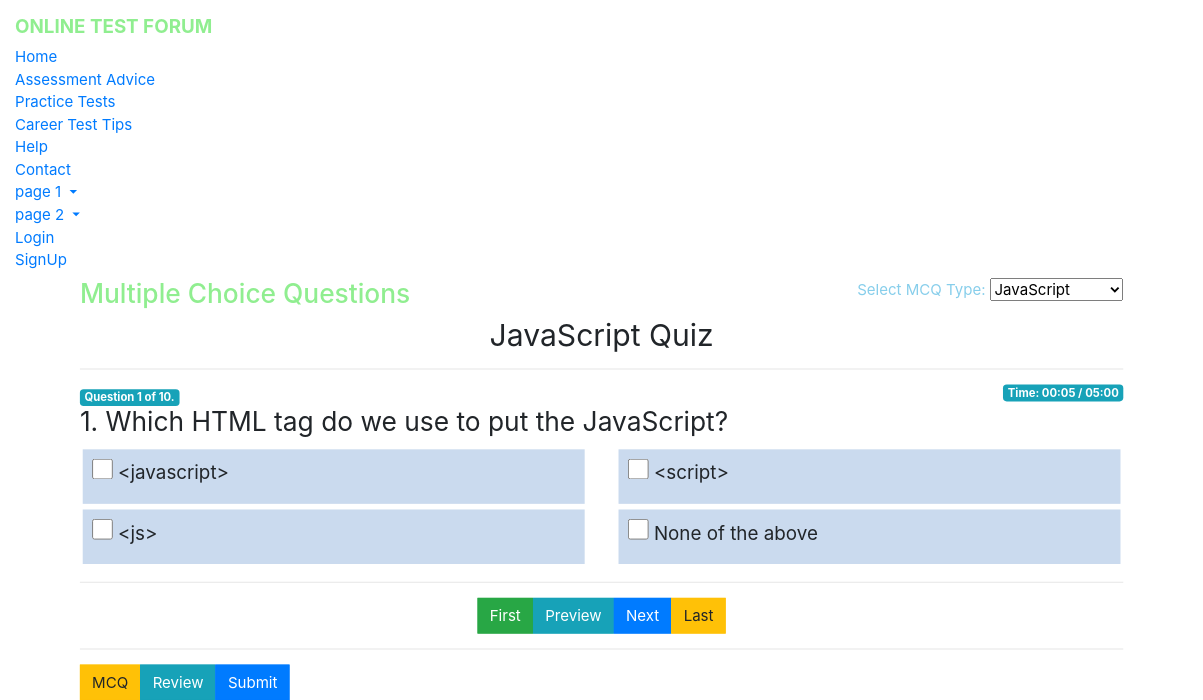
Repository: 2016272041/Online-Ass-Test1-
Page: /
These files come from the project's save history. The page is drawn as it stood at one moment and after the next save; the edit follows.
The browser window is 1280 px wide. The pictures show the whole page, at 94% of full size.
The project was rebuilt for these pictures with package versions that can differ from the ones it lists, and the page was loaded fresh each time. Also part of the build but not shown: angular.json.

Above is the page before, as saved 2019-07-23 16:23:41.

### src/index.html
<!doctype html>
<html lang="en">
<head>
  <meta charset="utf-8">
  <title>Multiple Choice Questions</title>
  <base href="/">

  <meta name="viewport" content="width=device-width, initial-scale=1">
  <link rel="icon" type="image/x-icon" href="favicon.ico">
</head>
<body>
  <app-root></app-root>
</body>
</html>

### src/app/quiz/quiz.component.ts
import { Component, OnInit } from '@angular/core';

import { QuizService } from '../services/quiz.service';
import { HelperService } from '../services/helper.service';
import { Option, Question, Quiz, QuizConfig } from '../models/index';

@Component({
  selector: 'app-quiz',
  templateUrl: './quiz.component.html',
  styleUrls: ['./quiz.component.css'],
  providers: [QuizService]
})
export class QuizComponent implements OnInit {
  quizes: any[];
  quiz: Quiz = new Quiz(null);
  mode = 'quiz';
  quizName: string;
  config: QuizConfig = {
    'allowBack': true,
    'allowReview': true,
    'autoMove': false,  // if true, it will move to next question automatically when answered.
    'duration': 300,  // indicates the time (in secs) in which quiz needs to be completed. 0 means unlimited.
    'pageSize': 1,
    'requiredAll': false,  // indicates if you must answer all the questions before submitting.
    'richText': false,
    'shuffleQuestions': false,
    'shuffleOptions': false,
    'showClock': false,
    'showPager': true,
    'theme': 'none'
  };

  pager = {
    index: 0,
    size: 1,
    count: 1
  };
  timer: any = null;
  startTime: Date;
  endTime: Date;
  ellapsedTime = '00:00';
  duration = '';

  constructor(private quizService: QuizService) { }

  ngOnInit() {
    this.quizes = this.quizService.getAll();
    this.quizName = this.quizes[0].id;
    this.loadQuiz(this.quizName);
  }

  loadQuiz(quizName: string) {
    this.quizService.get(quizName).subscribe(res => {
      this.quiz = new Quiz(res);
      this.pager.count = this.quiz.questions.length;
      this.startTime = new Date();
      this.ellapsedTime = '00:00';
      this.timer = setInterval(() => { this.tick(); }, 1000);
      this.duration = this.parseTime(this.config.duration);
    });
    this.mode = 'quiz';
  }

  tick() {
    const now = new Date();
    const diff = (now.getTime() - this.startTime.getTime()) / 1000;
    if (diff >= this.config.duration) {
      this.onSubmit();
    }
    this.ellapsedTime = this.parseTime(diff);
  }

  parseTime(totalSeconds: number) {
    let mins: string | number = Math.floor(totalSeconds / 60);
    let secs: string | number = Math.round(totalSeconds % 60);
    mins = (mins < 10 ? '0' : '') + mins;
    secs = (secs < 10 ? '0' : '') + secs;
    return `${mins}:${secs}`;
  }

  get filteredQuestions() {
    return (this.quiz.questions) ?
      this.quiz.questions.slice(this.pager.index, this.pager.index + this.pager.size) : [];
  }

  onSelect(question: Question, option: Option) {
    if (question.questionTypeId === 1) {
      question.options.forEach((x) => { if (x.id !== option.id) x.selected = false; });
    }

    if (this.config.autoMove) {
      this.goTo(this.pager.index + 1);
    }
  }

  goTo(index: number) {
    if (index >= 0 && index < this.pager.count) {
      this.pager.index = index;
      this.mode = 'quiz';
    }
  }

  isAnswered(question: Question) {
    return question.options.find(x => x.selected) ? 'Answered' : 'Not Answered';
  };

  isCorrect(question: Question) {
    return question.options.every(x => x.selected === x.isAnswer) ? 'correct' : 'wrong';
  };

  onSubmit() {
    let answers = [];
    this.quiz.questions.forEach(x => answers.push({ 'quizId': this.quiz.id, 'questionId': x.id, 'answered': x.answered }));

    // Post your data to the server here. answers contains the questionId and the users' answer.
    console.log(this.quiz.questions);
    this.mode = 'result';
  }
}

### src/app/app.component.html




<nav class="navbar navbar-inverse">
  <div class="contanier-fluid">
    <div class="navbar-header">
      <a class="navbar-brand" href="#"><b><font color = 'lightgreen'>ONLINE TEST FORUM</font></b></a>
    </div>
    <ul class="nav navbar-nav">
      <li class="active"><a href="#"> Home </a></li>
      <li Class="active"><a href="#"> Assessment Advice </a></li>
      <li Class="active"><a href="#"> Practice Tests </a></li>
      <li Class="active"><a href="https://www.recruiter.com/career-test.html"> Career Test Tips </a></li>
      <li Class="active"><a href="#"> Help </a></li>
      <li class="active"><a href="#"> Contact </a></li>
      <li class="dropdown"><a class="dropdown-toggle" data-toggle="dropdown" href="#"> page 1 <span class="caret"></span></a>
        <ul class="dropdown-menu">
          <li><a href="#"> Page 1-1 </a></li>
          <li><a href="#"> Page 1-2 </a></li>
          <li><a href="#"> page 1-3 </a></li>
        </ul>
      </li>
      <li class="dropdown"><a class="dropdown-toggle" dtat-toggle="dropdown" href="#"> page 2 <span class="caret"></span></a></li>
        <ul class="nav navbar-nav navbar-right">
          <li><a href="http://127.0.0.1:8080/login"><span class="glyphicon glyphicon-user"></span> Login </a></li>
          <li><a href="http://127.0.0.1:8080/signup"><span class="glyphicon glyphicon-user"></span> SignUp </a></li>
        </ul>
    </ul>
  </div>
</nav>





<div class="container">
  <app-quiz></app-quiz>
</div>

### src/app/quiz/quiz.component.html
<div class="row">
  <div class="col-6">
    <h3><font color="lightgreen">Multiple Choice Questions</font></h3>
  </div>
  <div class="col-6 text-right">
    <font color ="skyblue">Select MCQ Type: </font>
    <select [(ngModel)]="quizName" (change)="loadQuiz(quizName)">
      <option *ngFor="let quiz of quizes" [value]="quiz.id">{{quiz.name}}</option>
    </select>
  </div>
</div>
<div id="quiz">
  <h2 class="text-center font-weight-normal">{{quiz.name}}</h2>
  <hr />

  <div *ngIf="mode=='quiz' && quiz">
    <div *ngFor="let question of filteredQuestions;">
      <div class="badge badge-info">Question {{pager.index + 1}} of {{pager.count}}.</div>
      <div *ngIf="config.duration" class="badge badge-info float-right">Time: {{ellapsedTime}} / {{duration}}</div>
      <h3 class="font-weight-normal">{{pager.index + 1}}.
        <span [innerHTML]="question.name"></span>
      </h3>
      <div class="row text-left options">
        <div class="col-6" *ngFor="let option of question.options">
          <div class="option">
            <label class="font-weight-normal" [attr.for]="option.id">
              <input id="{{option.id}}" type="checkbox" [(ngModel)]="option.selected" (change)="onSelect(question, option);" /> {{option.name}}
            </label>
          </div>
        </div>
      </div>
    </div>
    <hr />
    <div class="text-center">
      <button class="btn btn-success" *ngIf="config.allowBack" (click)="goTo(0);">First</button>
      <button class="btn btn-info" *ngIf="config.allowBack" (click)="goTo(pager.index - 1);">Preview</button>
      <button class="btn btn-primary" (click)="goTo(pager.index + 1);">Next</button>
      <button class="btn btn-warning" *ngIf="config.allowBack" (click)="goTo(pager.count - 1);">Last</button>
      <!--<pagination *ngIf="config.showPager" direction-links="false" total-items="totalItems" items-per-page="itemsPerPage" ng-model="currentPage" ng-change="pageChanged()"></pagination>-->
    </div>
  </div>

  <div class="row text-center" *ngIf="mode=='review'">
    <div class="col-4 cursor-pointer" *ngFor="let question of quiz.questions; let index = index;">
      <div (click)="goTo(index)" class="p-3 mb-2 {{ isAnswered(question) == 'Answered'? 'bg-info': 'bg-warning' }}">{{index + 1}}. {{ isAnswered(question) }}</div>
    </div>
  </div>
  <div class="result" *ngIf="mode=='result'">
    <h2>Quiz Result</h2>
    <div *ngFor="let question of quiz.questions; let index = index">
      <div class="result-question">
        <h5>{{index + 1}}. {{question.name}}</h5>
        <div class="row">
          <div class="col-6" *ngFor="let Option of question.options">
            <input id="{{Option.id}}" type="checkbox" disabled="disabled" [(ngModel)]="Option.selected" /> {{Option.name}}
          </div>
        </div>
        <div class="p-1 m-2 alert {{ isCorrect(question) == 'correct'? 'alert-success': 'alert-danger'}}">Your answer is {{isCorrect(question)}}.</div>
      </div>
    </div>
    <h4 class="alert alert-info text-center">You may close this window now.</h4>
  </div>
  <hr />
  <div *ngIf="mode!='result'">
    <button class="btn btn-warning" (click)="mode = 'quiz'">MCQ</button>
    <button class="btn btn-info" (click)="mode = 'review'">Review</button>
    <button class="btn btn-primary" (click)="onSubmit();">Submit</button>
  </div>
</div>

### src/app/services/quiz.service.ts
import { HttpClient } from '@angular/common/http';
import { Injectable } from '@angular/core';

@Injectable()
export class QuizService {

  constructor(private http: HttpClient) { }

  get(url: string) {
    return this.http.get(url);
  }

  getAll() {
    return [
      { id: 'data/javascript.json', name: 'JavaScript' },
      { id: 'data/aspnet.json', name: 'Asp.Net' },
      { id: 'data/csharp.json', name: 'C Sharp' },
      { id: 'data/designPatterns.json', name: 'Design Patterns' }
    ];
  }

}

Loaded but not shown: src/styles.css (common file); src/main.ts (common file); src/app/app.module.ts (common file); src/environments/environment.ts (common file); src/app/app.component.ts (common file); src/app/models/index.ts (common file); src/app/models/option.ts (common file); src/app/models/question.ts (common file); src/app/models/quiz.ts (common file); src/app/models/quiz-config.ts (common file); src/data/javascript.json (common file); src/app/app.component.css (no stored copy; drawn as an empty file); src/app/quiz/quiz.component.css (no stored copy; drawn as an empty file)

After the next save:
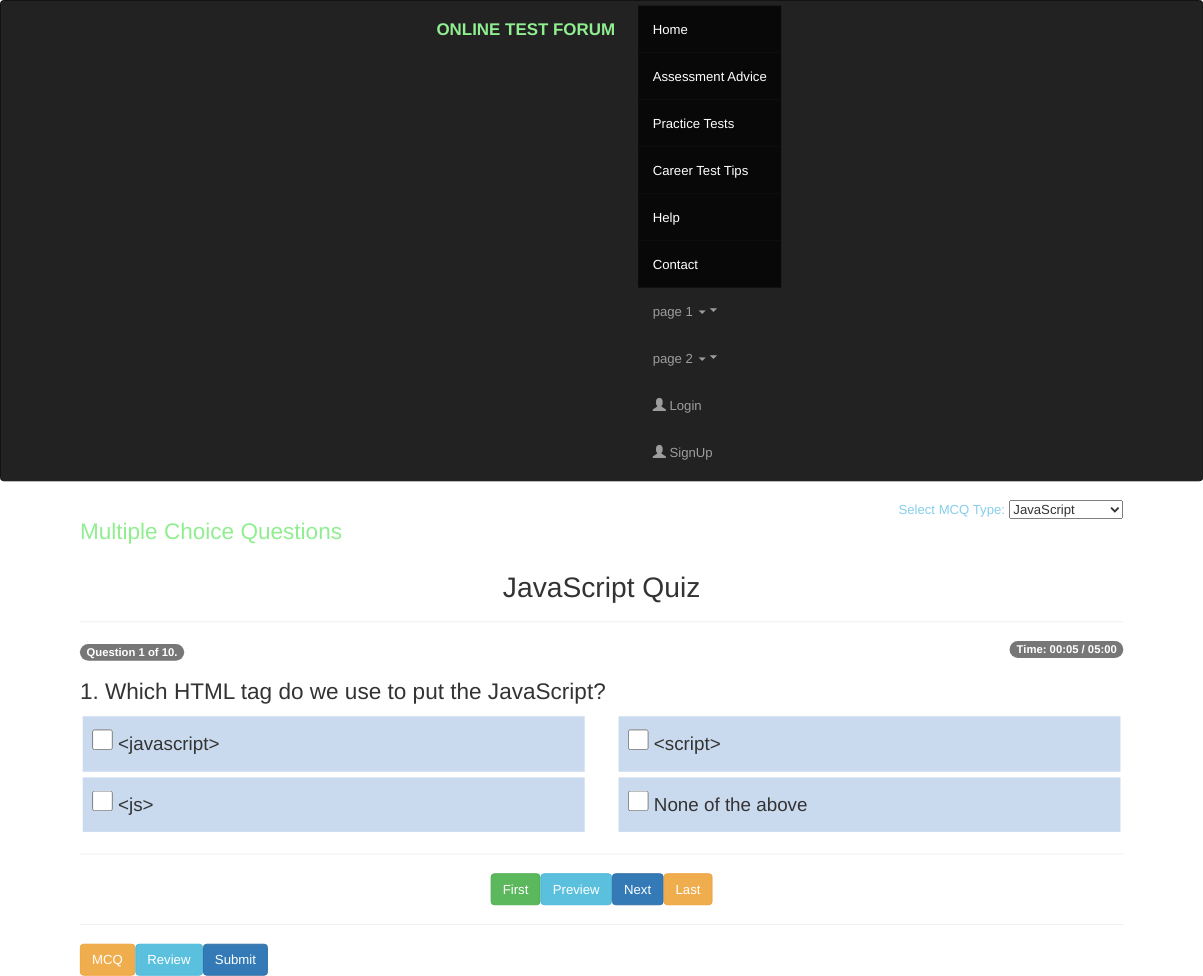
Saved 4 s later.
--- a/src/app/app.component.html
+++ b/src/app/app.component.html
@@ -1,6 +1,13 @@
-
-
-
+<html>
+<head>
+  <meta charset="utf-8">
+  <meta name="viewpoint" content="width=device-width, initial-scale=1">
+  <link rel="stylesheet"
+  href="https://maxcdn.bootstrapcdn.com/bootstrap/3.4.0/css/bootstrap.min.css">
+  <script src="https://ajax.ggogleapis.com/ajax/libs/jquery/3.4.1/jquery.min.js"></script>
+  <script src="https://maxcdn.bootstrapcdn.com/bootstrap/3.4.0/js/bootstrap.min.js"></script>
+</head>
+<body>
 
 <nav class="navbar navbar-inverse">
   <div class="contanier-fluid">
